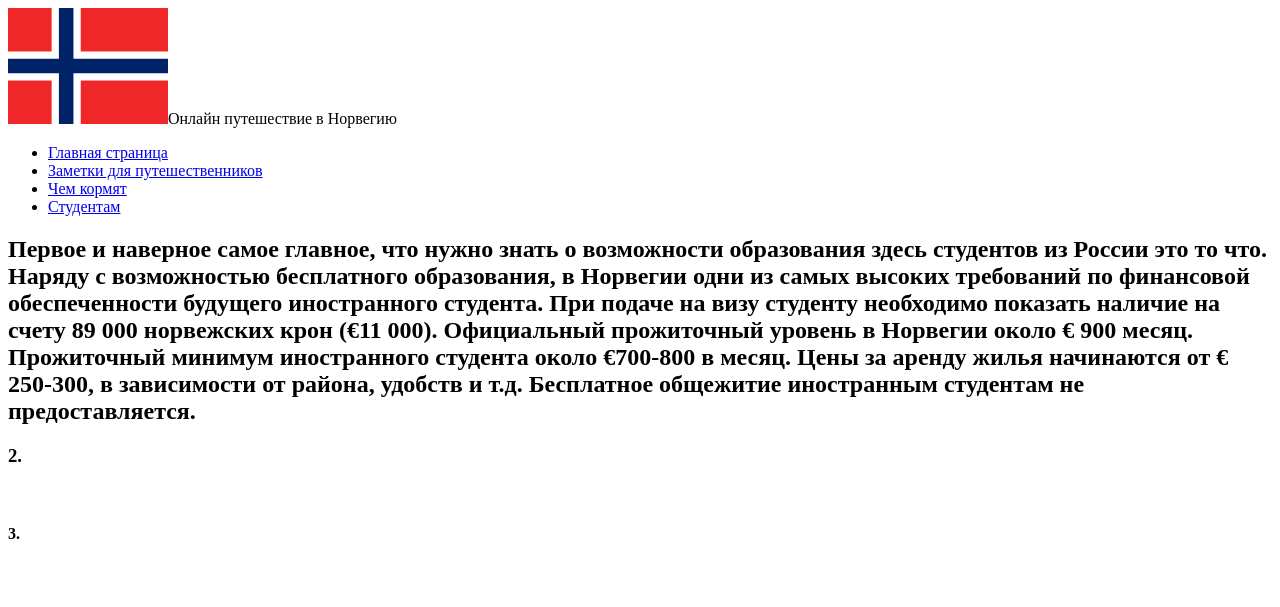
Repository: ryabinina-ekaterina/ryabinina-ekaterina.githab.io
Page: week11/week2.html
The author's editor kept a record of every edit. The page is drawn from the files as they stood at one moment, then again after the next edit.
The browser window is 1280 px wide. The pictures show the whole page.

Above is the page before.

### week11/week2.html
<!doctype html>
<html>
    <head>
        <meta charset="utf-8">
        <title>Заметки для путешественников </title>
    </head>
    <body>
        <header>
        <img src="160px-Flag_of_Norway.svg.png"
        <h1>Онлайн путешествие в Норвегию</h1>
        </header>
        <div>
        <nav>
            <ul>
           <li><a href="index.html">Главная страница </a></li>
           <li><a href="week0.html">Заметки для путешественников </a></li>
           <li><a href="week1.html">Чем кормят</a></li>                                        </a></li>
           <li><a href="week2.html">Студентам</a></li>
            </ul>
        </nav>
        <main>
        <h2> Первое и наверное самое главное, что нужно знать о возможности образования здесь студентов из России это то что. Наряду с возможностью бесплатного образования, в Норвегии одни из самых высоких требований по финансовой обеспеченности будущего иностранного студента. При подаче на визу студенту необходимо показать наличие на счету 89 000 норвежских крон (€11 000). Официальный прожиточный уровень в Норвегии около € 900 месяц. Прожиточный минимум иностранного студента около €700-800 в месяц. Цены за аренду жилья начинаются от € 250-300, в зависимости от района, удобств и т.д. Бесплатное общежитие иностранным студентам не предоставляется. </h2>
        </main>
        <div>
        <h3>  2. </h3>
        <img src=""
        </main>
        </div>
        <h4>  3. </h4>
        <img src="
        </main>
        </div>
    </body>
</html>

After the next edit:
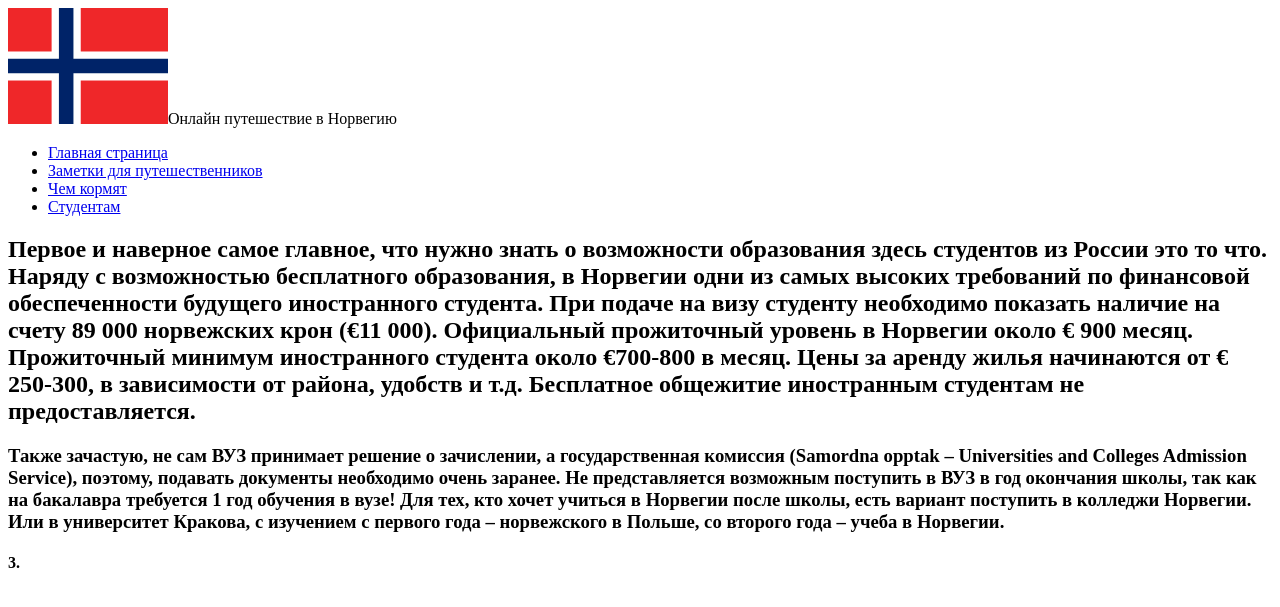
The edit:
--- a/week11/week2.html
+++ b/week11/week2.html
@@ -22,8 +22,7 @@
         <h2> Первое и наверное самое главное, что нужно знать о возможности образования здесь студентов из России это то что. Наряду с возможностью бесплатного образования, в Норвегии одни из самых высоких требований по финансовой обеспеченности будущего иностранного студента. При подаче на визу студенту необходимо показать наличие на счету 89 000 норвежских крон (€11 000). Официальный прожиточный уровень в Норвегии около € 900 месяц. Прожиточный минимум иностранного студента около €700-800 в месяц. Цены за аренду жилья начинаются от € 250-300, в зависимости от района, удобств и т.д. Бесплатное общежитие иностранным студентам не предоставляется. </h2>
         </main>
         <div>
-        <h3>  2. </h3>
-        <img src=""
+        <h3> Также зачастую, не сам ВУЗ принимает решение о зачислении, а государственная комиссия (Samordna opptak – Universities and Colleges Admission Service), поэтому, подавать документы необходимо очень заранее. Не представляется возможным поступить в ВУЗ в год окончания школы, так как на бакалавра требуется 1 год обучения в вузе! Для тех, кто хочет учиться в Норвегии после школы, есть вариант поступить в колледжи Норвегии. Или в университет Кракова, с изучением с первого года – норвежского в Польше, со второго года – учеба в Норвегии. </h3>
         </main>
         </div>
         <h4>  3. </h4>
